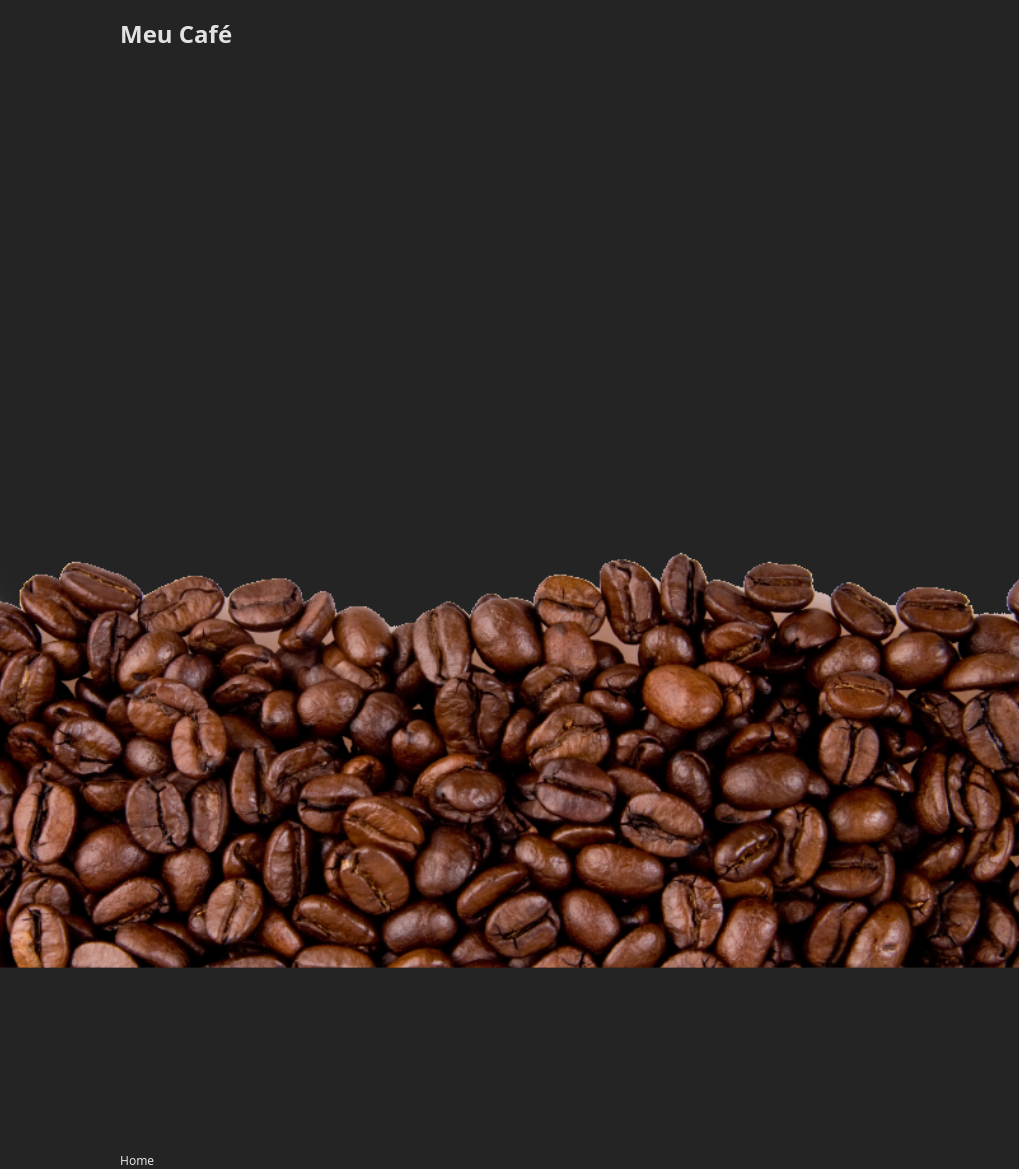
Repository: meiotera/meu_cafe.dev
Page: /
The author's editor kept a copy of each file at every save. The page is drawn from the files as they stood at one save, then again after the next save.
The browser window is 1280 px wide. The page is 1359 px wide, then 1280 px, so the pictures cover 1359 px, including what lies to the right of the window. The pictures show the whole page, at 75% of full size.
The project was rebuilt for these pictures with package versions that can differ from the ones it lists, and the page was loaded fresh each time. Also part of the build but not shown: vite.config.js.

Above is the page before, as saved 2025-04-02 16:18:07.

After the next save:
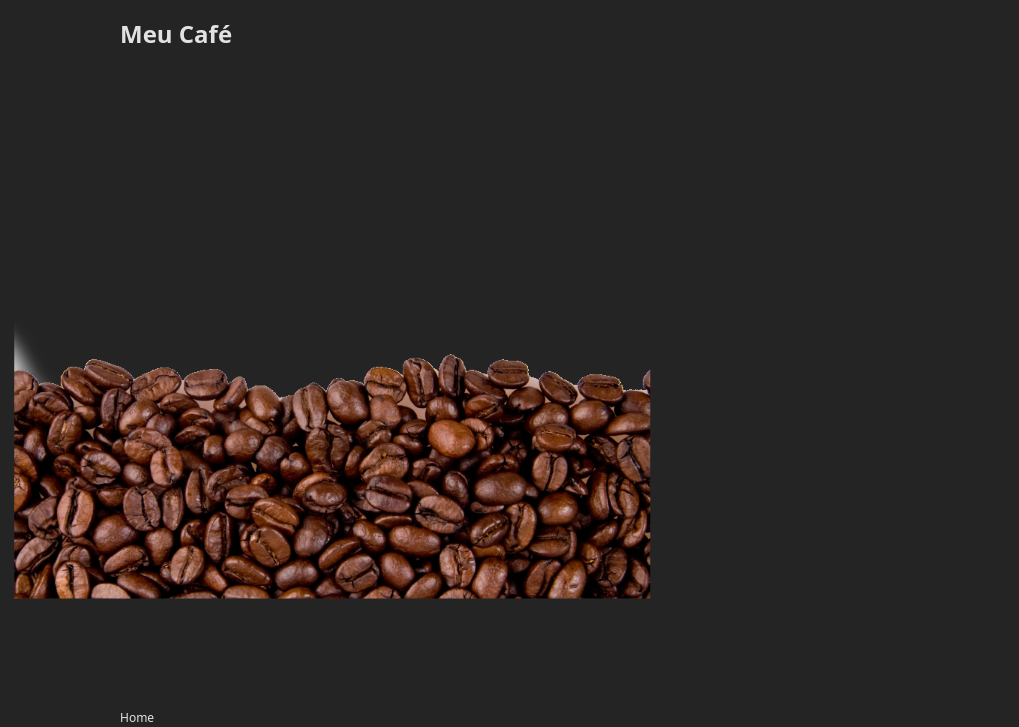
Saved 46 s later.
--- a/src/components/Header/Header.module.css
+++ b/src/components/Header/Header.module.css
@@ -1,8 +1,11 @@
+.header {
+}
+
 .containerImg {
   width: 100%;
 }
 
 .containerImg img {
   transform: rotate(90deg);
-  width: 100%;
+  max-width: 100%;
 }
